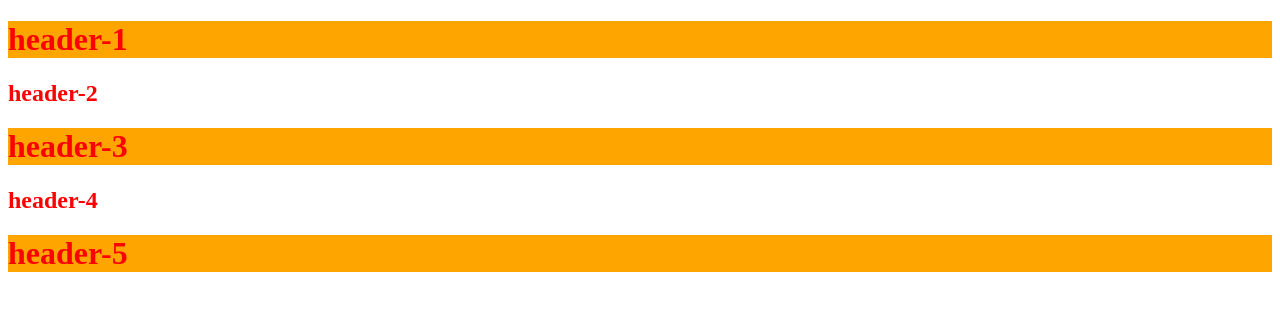
Repository: KYJIN1024/kic_jquery
Page: http://localhost/JQueryEx01/jquery29.jsp
The author's editor kept a copy of each file at every save. The page is drawn from the files as they stood at one save, then again after the next save.
The browser window is 1280 px wide. The pictures show the whole page.
The page is served by Tomcat 9.

Above is the page before, as saved 2023-05-16 01:13:46.

### JQueryEx01/src/main/webapp/jquery29.jsp
<%@ page language="java" contentType="text/html; charset=UTF-8"
    pageEncoding="UTF-8"%>
<!DOCTYPE html>
<html>
<head>
<meta charset="UTF-8">
<title>Insert title here</title>

<script src="https://ajax.googleapis.com/ajax/libs/jquery/3.6.4/jquery.min.js"></script>
<script>
	$( document ).ready( function() {

		$( 'h1' ).css('background-color','orange');
		$( 'h1, h2' ).css( 'color' , 'red' );

	});

</script>
</head>
<body>
	<h1>header-1</h1>
	<h2>header-2</h2>
	<h1>header-3</h1>
	<h2>header-4</h2>
	<h1>header-5</h1>

</body>
</html>

After the next save:
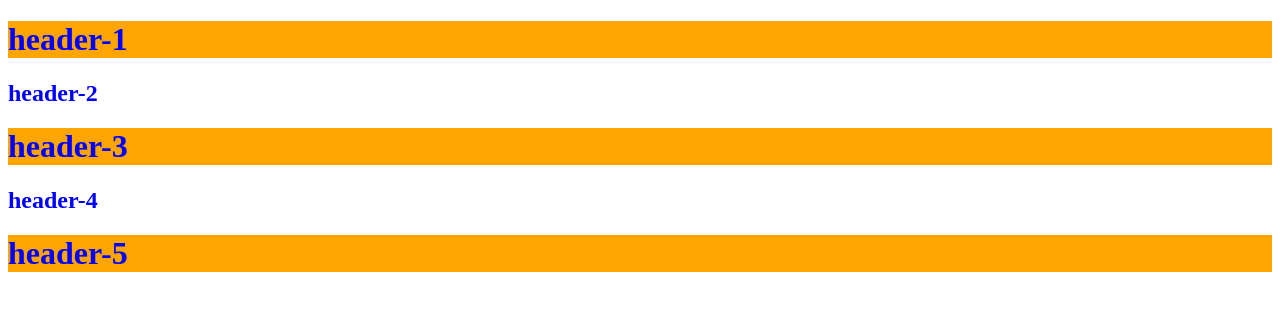
Saved 68 s later.
--- a/JQueryEx01/src/main/webapp/jquery29.jsp
+++ b/JQueryEx01/src/main/webapp/jquery29.jsp
@@ -13,6 +13,8 @@
 		$( 'h1' ).css('background-color','orange');
 		$( 'h1, h2' ).css( 'color' , 'red' );
 
+		$( 'h1' ).css('background-color','oragne').add('h2').css( 'color','blue')
+
 	});
 
 </script>
